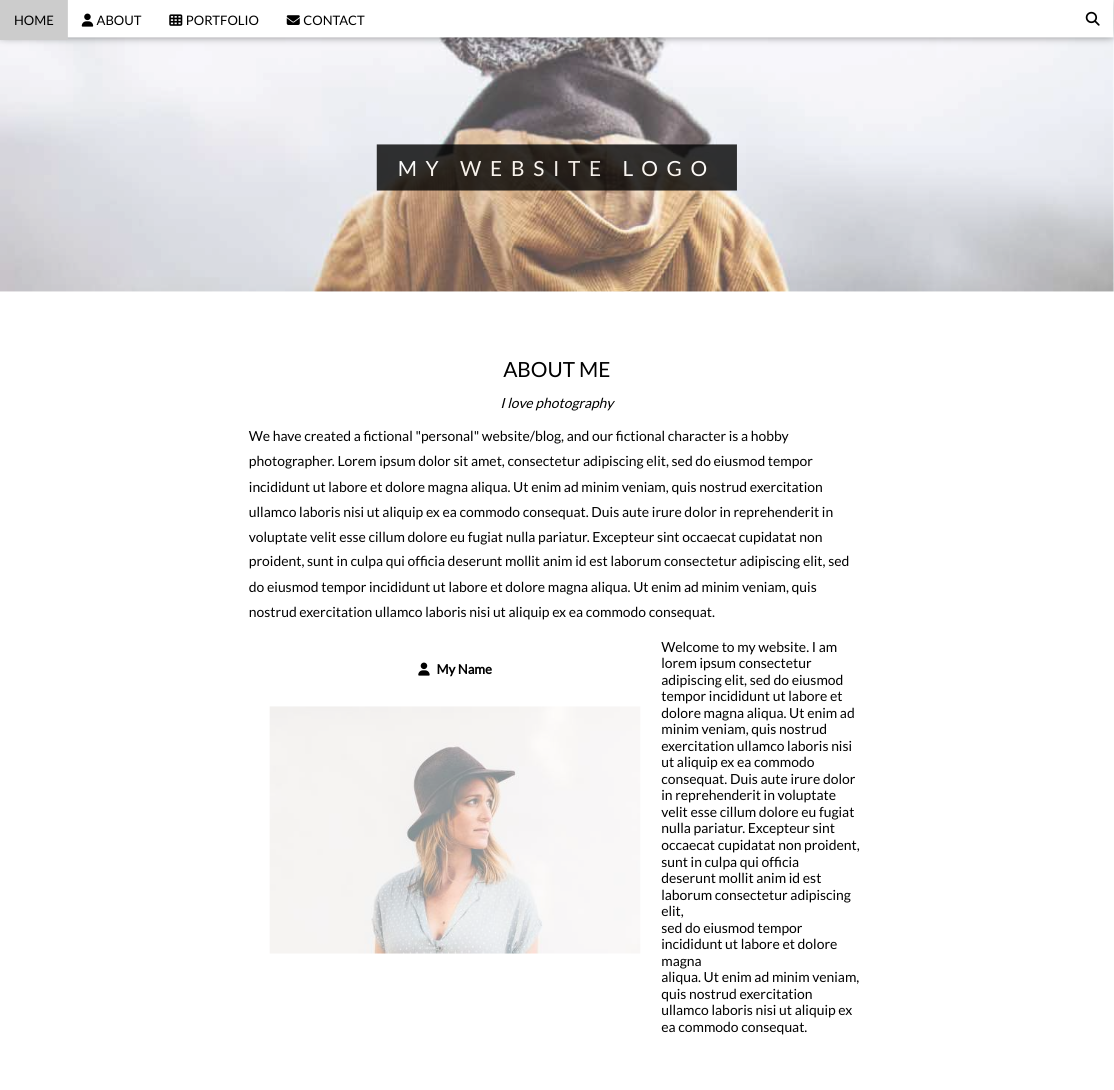
Repository: xd25vn/project-error
Page: index.html
The author's editor kept a copy of each file at every save. The page is drawn from the files as they stood at one save, then again after the next save.
The browser window is 1280 px wide. The pictures show the whole page, at 87% of full size.

Above is the page before, as saved 2023-09-02 17:41:53.

After the next save:
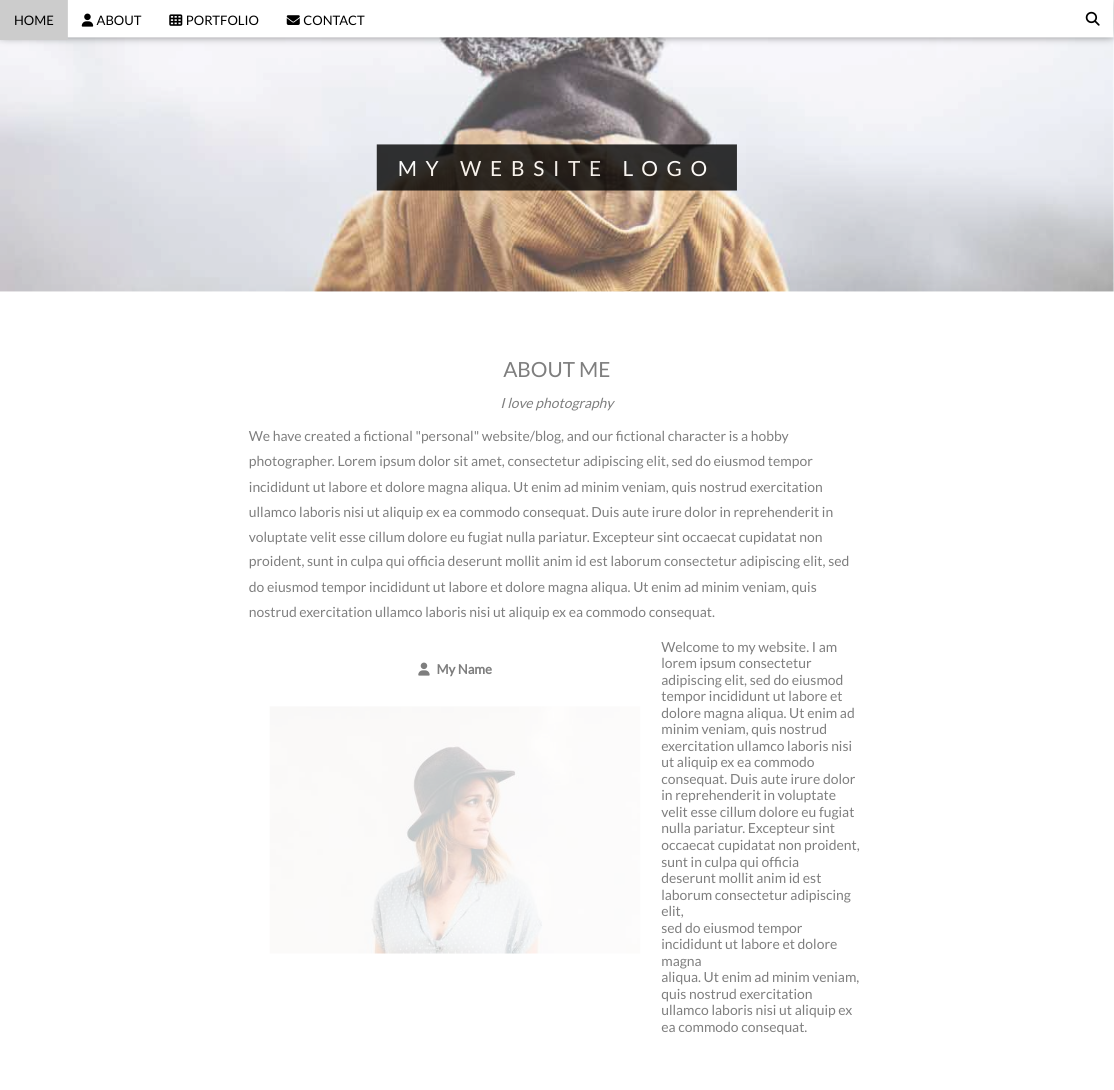
Saved 8 s later.
--- a/assets/main.css
+++ b/assets/main.css
@@ -82,7 +82,7 @@
 #content #about {
     margin: 0px 270px;
     padding: 64px 16px;
-    /* opacity: 0.5; */
+    opacity: 0.5;
 }
 
 #content #about .heading-section {

After the 4 saves that followed:
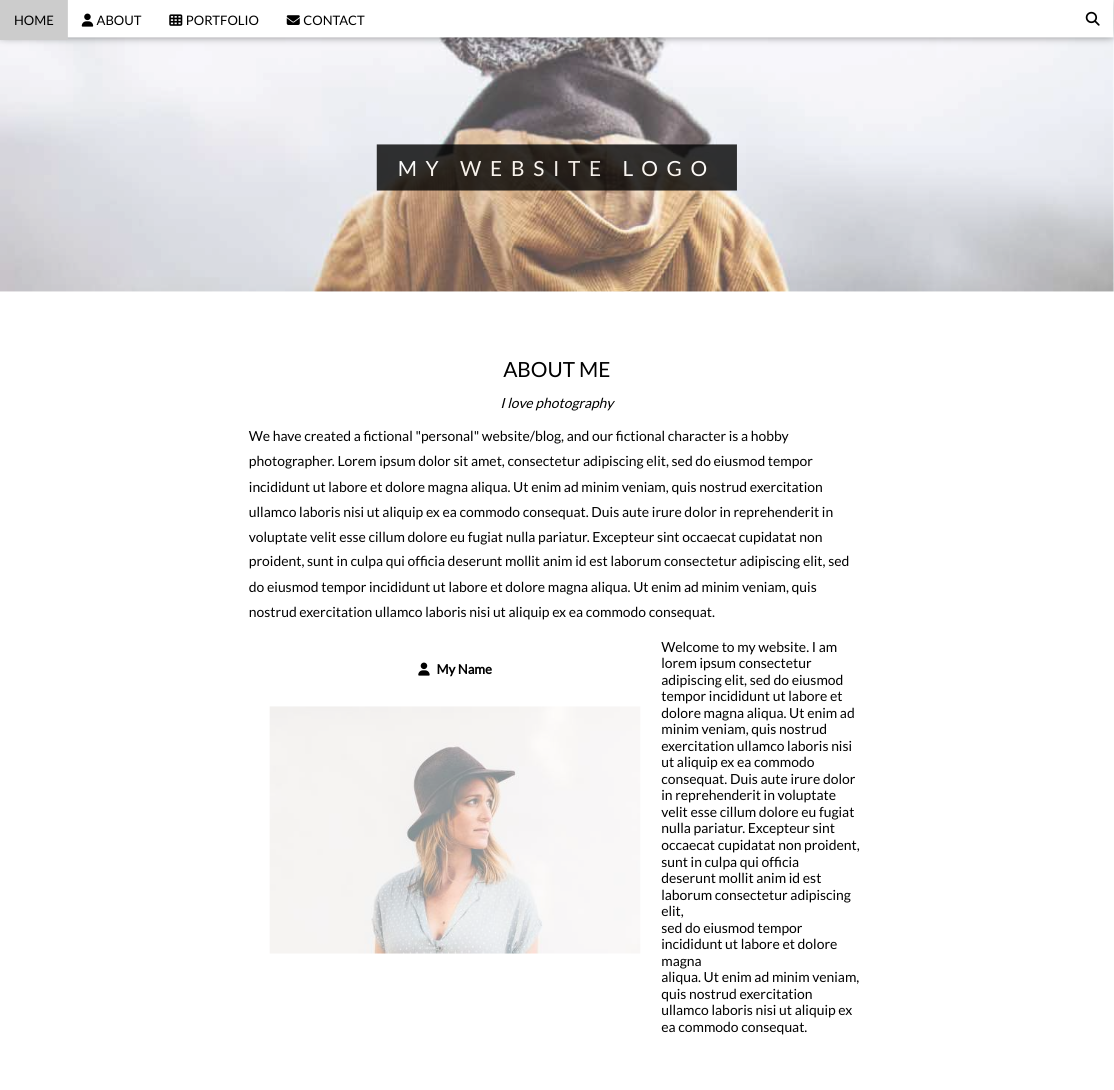
The 4 saves are shown as one change because 3 left the picture as it was.
The last was saved 63 s later.
--- a/assets/main.css
+++ b/assets/main.css
@@ -82,7 +82,6 @@
 #content #about {
     margin: 0px 270px;
     padding: 64px 16px;
-    opacity: 0.5;
 }
 
 #content #about .heading-section {
